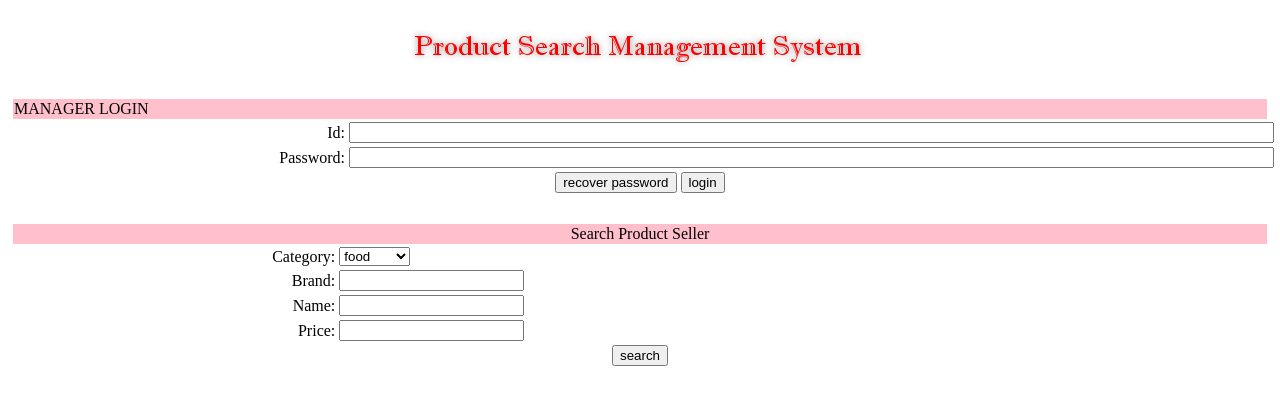
Repository: DishantVaghela/ProductSearchManagementSystem
Page: http://localhost/ProductSearchManagementSystem/
An editor plug-in stored every save of this project. The page is shown before and after the next save, followed by the edit.
The browser window is 1280 px wide. The pictures show the whole page.
The page is served by Tomcat 9. Other server files are loaded and not shown.

Above is the page before, as saved 2017-04-28 22:45:26.

### ProductSearchManagementSystem/WebContent/index.jsp
<%@ page language="java" contentType="text/html; charset=ISO-8859-1"
    pageEncoding="ISO-8859-1"%>
<!DOCTYPE html PUBLIC "-//W3C//DTD HTML 4.01 Transitional//EN" "http://www.w3.org/TR/html4/loose.dtd">
<html>
<head>
<meta http-equiv="Content-Type" content="text/html; charset=ISO-8859-1">
<title>Product Search Management System</title>
<link rel="stylesheet" type="text/css" href="productSearchManagementSystem.css">
</head>
<body>
	<table align="center">
		<tr>
			<td>
				<form action="ManagerLoginService" method="post">
					<table>
						<tr>
							<td align="center" colspan="2"><img src="productSearchManagementSystemlLogo.png"></td>
						</tr>
						<tr>
							<td colspan="2"><br></td>
						</tr>
						<tr>
							<td colspan="2" bgcolor="pink">MANAGER LOGIN</td>
						</tr>
						<tr>
							<td align="right">Id:</td>
							<td><input type="text" name="textFieldId"></td>
						</tr>
						<tr>
							<td align="right">Password:</td>
							<td><input type="password" name="textFieldPassword"></td>
						</tr>

						<tr>
							<td colspan="2" align="center">
								<input type="submit" value="recover password" name="buttonRecoverPassword">
								<input type="submit" value="login" name="buttonLogin">
							</td>
						</tr>
					</table>
				</form>
			</td>
		</tr>
		<tr>
			<td>
				<form action="searchProductSeller.jsp">
					<table align="center" width="500">
						<tr>
							<td colspan="2"><br></td>
						</tr>
						<tr>
							<td colspan="2" align="center" bgcolor="pink">Search Product Seller</td>
						</tr>
						<tr>
							<td align="right">Category:</td>
							<td>
								<select name="selectCategory">
									<option>food</option>
									<option>clothes</option>
									<option>furniture</option>
								</select>
							</td>
						</tr>
						<tr>
							<td align="right">Brand:</td>
							<td><input name="textFieldBrand"></td>
						</tr>
						<tr>
							<td align="right">Name:</td>
							<td><input name="textFieldName"></td>
						</tr>
						<tr>
							<td align="right">Price:</td>
							<td><input name="textFieldPrice"></td>
						</tr>
						<tr>
							<td colspan="2" align="center">
								<input type="submit" value="search"  name="buttonSearch">
							</td>
						</tr>
					</table>
				</form>
			</td>
		</tr>
	</table>
</body>
</html>

### ProductSearchManagementSystem/WebContent/productSearchManagementSystem.css
@CHARSET "ISO-8859-1";

input[type=text], input[type=password] {
	width: 100%;
}

table {
	align: centre;
	width: 100%;
}

After the next save:
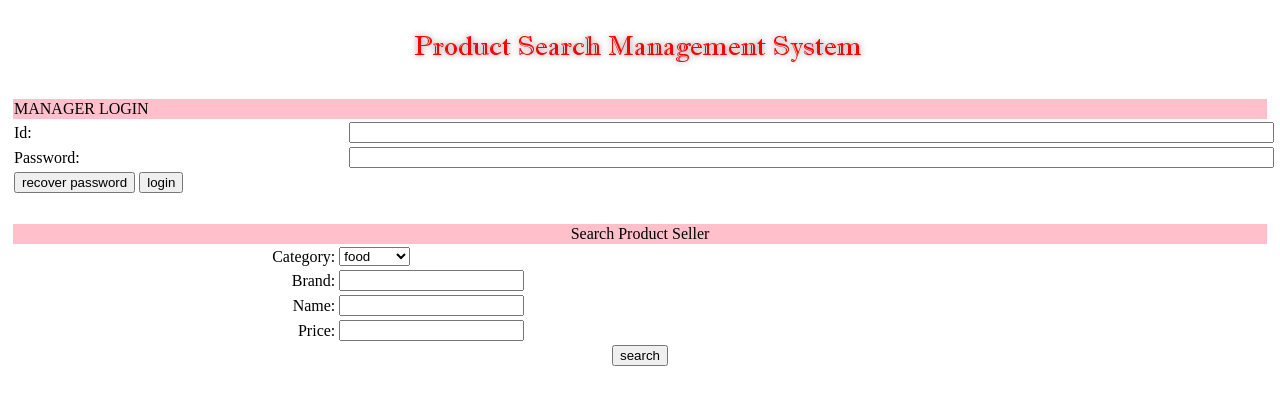
Saved 2 min 9 s later.
--- a/ProductSearchManagementSystem/WebContent/index.jsp
+++ b/ProductSearchManagementSystem/WebContent/index.jsp
@@ -23,16 +23,16 @@
 							<td colspan="2" bgcolor="pink">MANAGER LOGIN</td>
 						</tr>
 						<tr>
-							<td align="right">Id:</td>
+							<td >Id:</td>
 							<td><input type="text" name="textFieldId"></td>
 						</tr>
 						<tr>
-							<td align="right">Password:</td>
+							<td>Password:</td>
 							<td><input type="password" name="textFieldPassword"></td>
 						</tr>
 
 						<tr>
-							<td colspan="2" align="center">
+							<td colspan="2">
 								<input type="submit" value="recover password" name="buttonRecoverPassword">
 								<input type="submit" value="login" name="buttonLogin">
 							</td>
